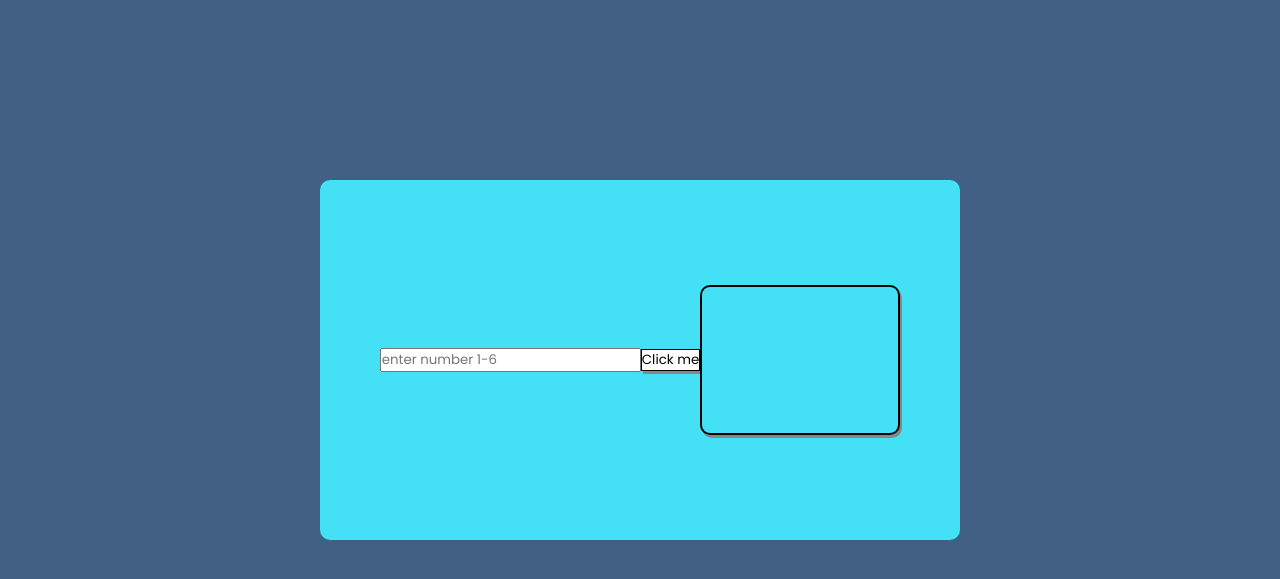
Repository: Seryozha02/Guessing-Game
Page: promise.html
These files come from the project's save history. The page is drawn as it stood at one moment and after a run of saves; the edit follows.
The browser window is 1280 px wide. The pictures show the whole page.

Above is the page before, as saved 2022-02-23 14:14:48.

After the next 2 saves:
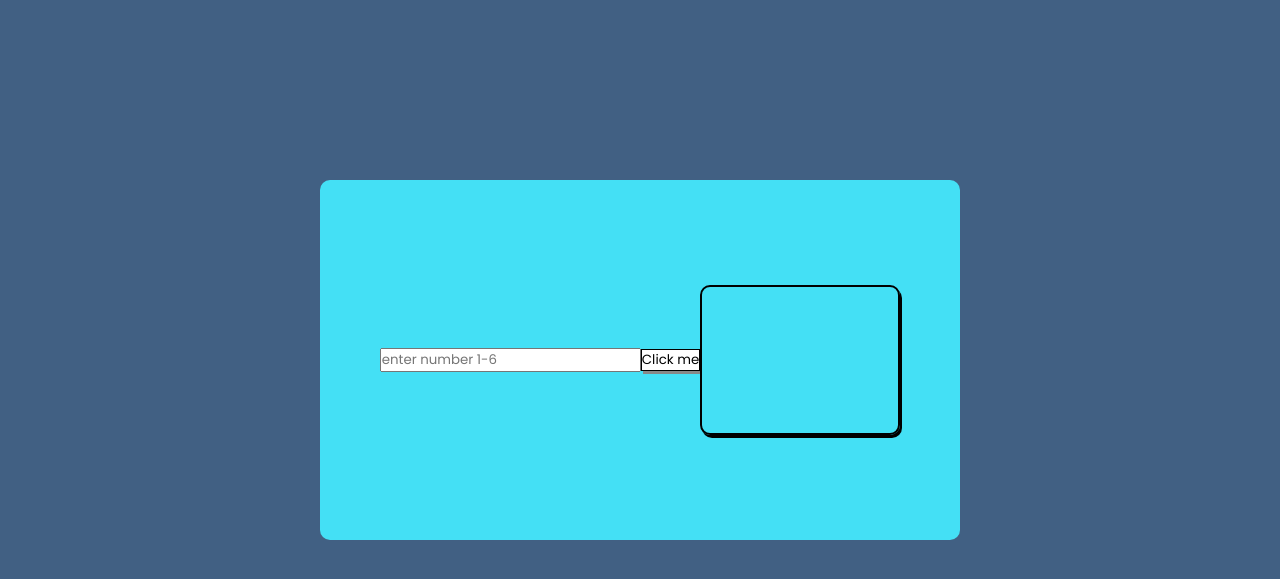
The 2 saves are shown as one change because they came seconds apart.
The last was saved 15 s later.
--- a/promise.css
+++ b/promise.css
@@ -36,7 +36,7 @@
     border: 2px solid black;
     width: 200px;
     height: 150px;
-    box-shadow: 2px 3px #888888;
+    box-shadow: 2px 3px black;
     border-radius: 10px;
 }
 
